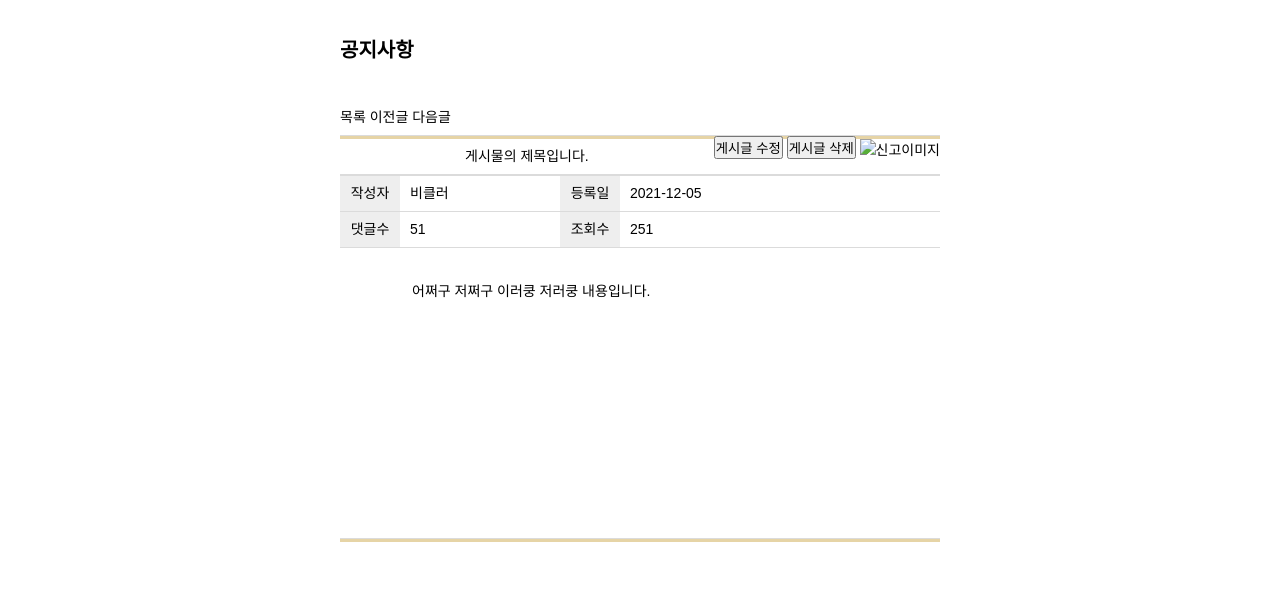
Repository: hyodii/FinalProject
Page: http://localhost/ViewPage/beenoticeNew.jsp
The author's editor kept a copy of each file at every save. The page is drawn from the files as they stood at one save, then again after the next save.
The browser window is 1280 px wide. The pictures show the whole page.
The page is served by Tomcat 9.

Above is the page before, as saved 2021-12-09 05:45:18.

### ViewPage/WebContent/beenoticeNew.jsp
<%@ page language="java" contentType="text/html; charset=UTF-8"
    pageEncoding="UTF-8"%>
<!DOCTYPE html>
<html>
<head>
<meta charset="UTF-8">
<title>beenoticeNew.jsp</title>
<style type="text/css">
/*reset*/
* {margin: 0;padding: 0;}
body {margin: 0;}
h1, h2, h3, h4, h5, h6, p, ul, ol, li, dl, dt, dd {margin: 0; padding: 0;}
h1, h2, h3, h4, h5, h6 {font-weight: 700; }
a {color: inherit; text-decoration: inherit;}
img {vertical-align: middle;}
a img {border: none;}
li {list-style: none;}
address, em, i, ul {font-style: normal;}

/*layout*/
.mo {display: none;}
.en {font-family: 'Exo 2', sans-serif;}
body {font-family: 'Noto Sans KR', sans-serif; font-size: 14px;}
.wrap {margin: 0 auto; }

#bbs
{
	width:600px;
	margin:30px auto;
	text-align:left;
}

#bbs_title
{
	width:574px;
	/* padding-left:20px; */
	height:40px;
	/* border:3px solid #D6D4A6; */
	text-align:left;
	font-weight: bold;
	line-height:40px;
	font-size:15pt;
	margin-bottom:30px;
}

#bbsArticle
{
	width:600px;
	overflow: visible;
	border-top:3px solid #E6D4A6;
	border-bottom:3px solid #E6D4A6;
	text-align:left;
}

#bbsArticle_header
{
	height:35px;
	line-height:35px;
	border-bottom:2px solid #DBDBDB;
	text-align:center;
}
#bbsArticle dl
{
	margin: 0px;
}
#bbsArticle dt
{
	float:left;
	height:35px;
	width:60px;
	line-height:35px;
	text-align:center;
	background-color:#EEEEEE;
}

#bbsArticle dd
{
	float:left;
	height:35px;
	width:150px;
	line-height:35px;
	text-align:left;
	padding-left:10px;
}

.bbsArticle_bottomLine
{
	height:35px;
	line-height:35px;
	border-bottom:1px solid #DBDBDB;
	clear:both;
	text-align:left;
}

.bbsArticle_noLine
{
	height:35px;
	line-height:35px;
	clear:both;
	text-align:left;
}

#bbsArticle_content
{
    overflow: visible;
    border-bottom:1px solid #DBDBDB;
    text-align:left;
    min-height:250px;
    padding: 20px 60px 20px 60px;
    word-break:break-all;
}

#bbsArticle_footer
{
	clear:both;
	height:32px;
	line-height:32px;
	margin-bottom:20px;
}

#bbsArticle_footer #leftFooter
{
	float:left;
	width:300px;
	text-align:left;
}

#bbsArticle_footer #rightFooter
{
	float:right;
	width:300px;
	text-align:right;
}

.btnimg
{
	float: right;
}

</style>
</head>
<body>

<!--
 beenoticeNew.jsp
	동아리 내 게시판 > 공지사항 > 등록하기
-->

<div id="bbs">

	<div id="bbs_title">
		공지사항
	</div>

	<div class="bbsArticle_bottomLine">
		목록
		이전글
		다음글
	</div>

	<div class="btnimg">
		<input type="button" value="게시글 수정" />
		<input type="button" value="게시글 삭제" />
		<img src="" alt="신고이미지"  />
	</div>

	<form>
		<div id="bbsArticle">

			<div id="bbsArticle_header">
				게시물의 제목입니다.
			</div>

			<div class="bbsArticle_bottomLine">
				<dl>
					<dt>작성자</dt>
					<dd>비클러</dd>

					<dt>등록일</dt>
					<dd>2021-12-05</dd>
				</dl>
			</div>

			<div class="bbsArticle_bottomLine">
				<dl>
					<dt>댓글수</dt>
					<dd>51</dd>
				</dl>
				<dl>
					<dt>조회수</dt>
					<dd>251</dd>
				</dl>
			</div>

			<div id="bbsArticle_content">
				<table style="width: 600">
					<tr>
						<td style="padding: 10px 40px 10px 10px; vertical-align: top; height: 150">
							어쩌구 저쩌구 이러쿵 저러쿵 내용입니다.<br>
						</td>
					</tr>
				</table>
			</div>



		</div><!-- close #bbsArticle -->
	</form><!-- close form -->




</div><!-- close #bbs -->





</body>
</html>

After the next save:
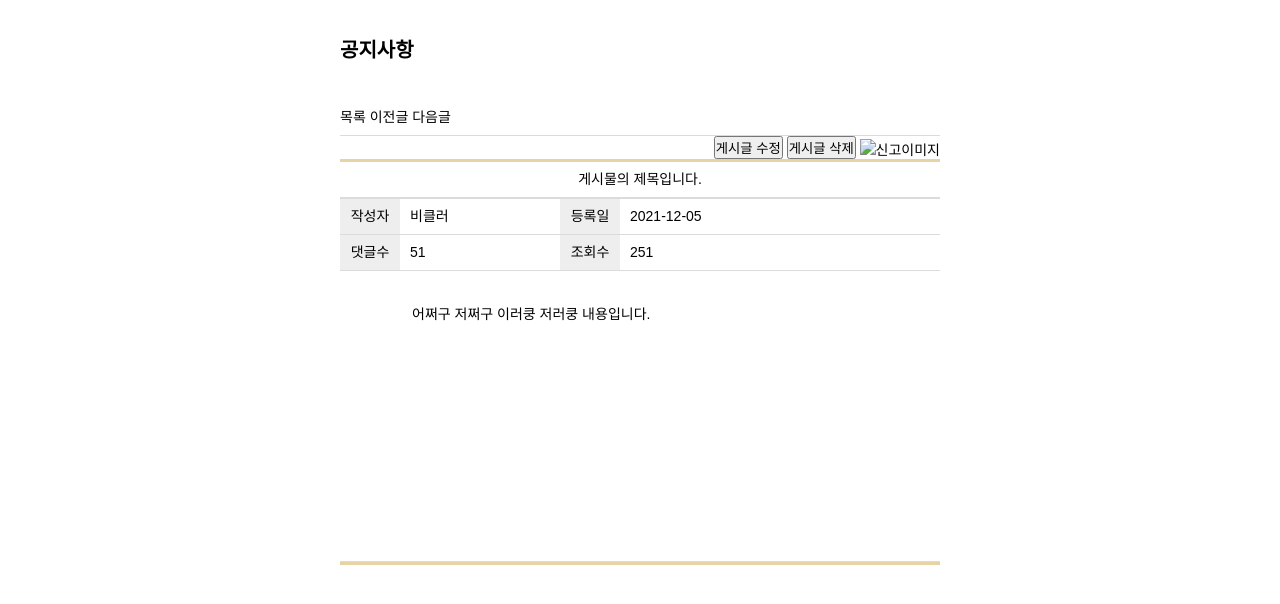
Saved 2 min 19 s later.
--- a/ViewPage/WebContent/beenoticeNew.jsp
+++ b/ViewPage/WebContent/beenoticeNew.jsp
@@ -134,7 +134,7 @@ body {font-family: 'Noto Sans KR', sans-serif; font-size: 14px;}
 
 .btnimg
 {
-	float: right;
+	text-align: right;
 }
 
 </style>
